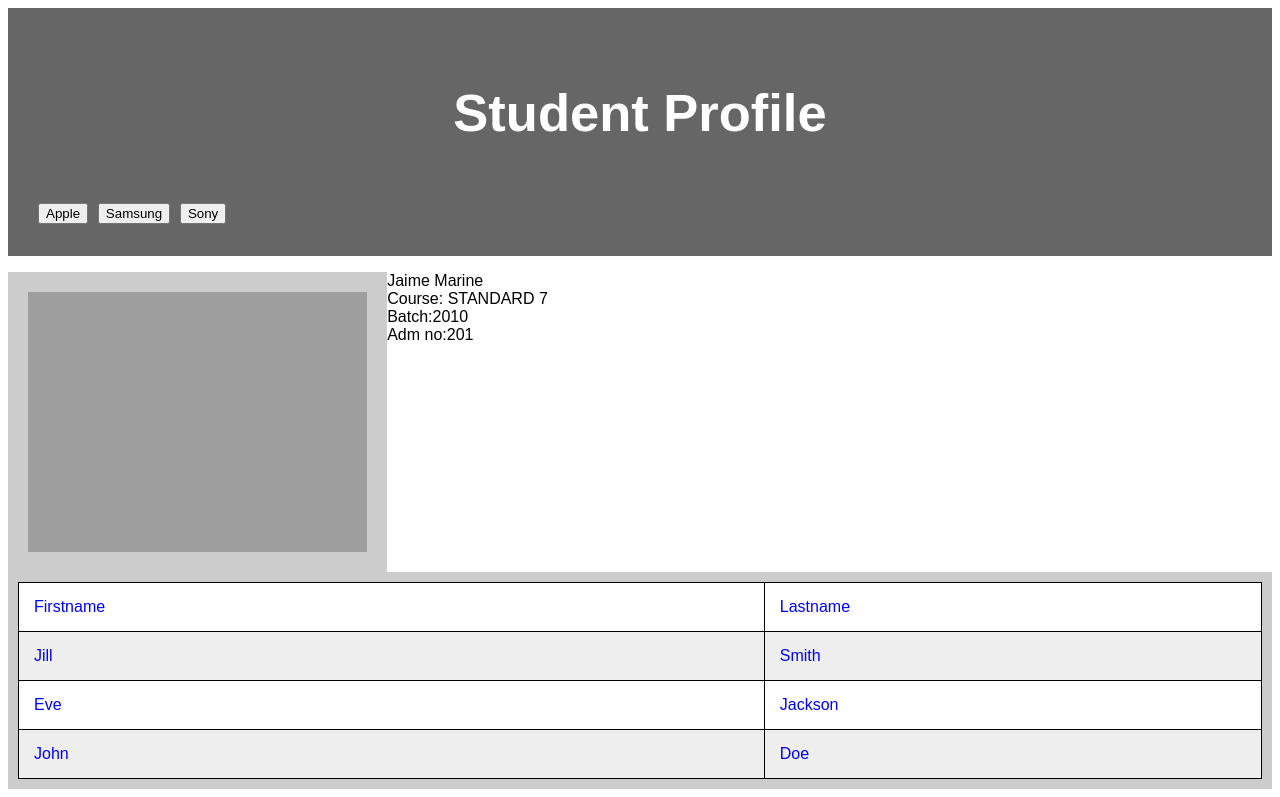
Repository: sandunigayanjali/Library_System
Page: http://localhost/library_management/studentProfile2.jsp
An editor plug-in stored every save of this project. The page is shown before and after the next save, followed by the edit.
The browser window is 1280 px wide. The pictures show the whole page.
Pictures or frames that could not be fetched are drawn as grey boxes. The page is served by Tomcat 9.

Above is the page before, as saved 2018-11-23 16:10:21.

### library management/WebContent/studentProfile2.jsp
<%@ page language="java" contentType="text/html; charset=ISO-8859-1"
    pageEncoding="ISO-8859-1"%>
<!DOCTYPE html PUBLIC "-//W3C//DTD HTML 4.01 Transitional//EN" "http://www.w3.org/TR/html4/loose.dtd">
<html>
<head>
 <meta charset="utf-8">
<meta name="viewport" content="width=device-width, initial-scale=1">
<title>Insert title here</title>

<style>
* {
    box-sizing: border-box;
}

body {
    font-family: Arial, Helvetica, sans-serif;
}

/* Style the header */
header {
    background-color: #666;
    padding: 30px;
    text-align: center;
    font-size: 35px;
    color: white;
}

/* Create two columns/boxes that floats next to each other */
aside{
    float: left;
    width: 30%;
    height: 300px; /* only for demonstration, should be removed */
    background: #ccc;
    padding: 20px;
}

/* Style the list inside the menu */
nav ul {
    list-style-type: none;
    padding: 0;
}

article {
    float: left;
    padding: 20px;
    width: 70%;
    background-color: #ccc;
    height: 300px; /* only for demonstration, should be removed */
}

/* Clear floats after the columns */
section:after {
    content: "";
    display: table;
    clear: both;
}

/* Style the footer */
footer {
    background-color: #ccc;
    padding: 10px;
    text-align: center;
    color: white;
}

/* Responsive layout - makes the two columns/boxes stack on top of each other instead of next to each other, on small screens */
/*@media (max-width: 600px) {
    nav, article {
        width: 100%;
        height: auto;
    }
}*/

table {
    width:100%;
}
table, th, td {
    border: 1px solid black;
    border-collapse: collapse;
    padding:3px;
}
th, td {
    padding: 15px;
    text-align: left;
}
table#t01 tr:nth-child(even) {
    background-color: #eee;

}
table#t01 tr:nth-child(odd) {
   background-color: #fff;

}
table{
border-spacing:3px;
}

</style>

</head>
<body>

<header>
  <h2>Student Profile</h2>

  <div class="container">
 <div class="btn-group" align="left">
 <align="left">   <button type="button" class="btn btn-primary" >Apple</button>
    <button type="button" class="btn btn-primary">Samsung</button>

    <button type="button" class="btn btn-primary dropdown-toggle" data-toggle="dropdown">
    Sony<span class="caret"></span></button>
  </align>
</header>





<section>
<aside>
<img src="F:\library mangement\man.jpg" alt="Smiley face" width="100%" height="100%" align="left"></div>

</aside>
  <nav>
    <ul>
      <li>Jaime Marine</li>
      <li>Course: STANDARD 7</li>
      <li>Batch:2010</li>
       <li>Adm no:201</li>
    </ul>
  </nav>


</section>
<center>
<footer>
<font color="blue" border-spacing:"3px">
 <table id="t01" >
  <tr>
    <td width=60%>Firstname</td>
    <td width=40%>Lastname</td>

  </tr>
  <tr>
    <td width=60%>Jill</td>
    <td width=40%>Smith</td>

  </tr>
  <tr>
    <td width=60%>Eve</td>
    <td width=40%>Jackson</td>

  </tr>
  <tr>
    <td width=60%>John</td>
    <td width=40%>Doe</td>

  </tr>
</table>
</font>
</footer></center>
</body>
</html>

After the next save:
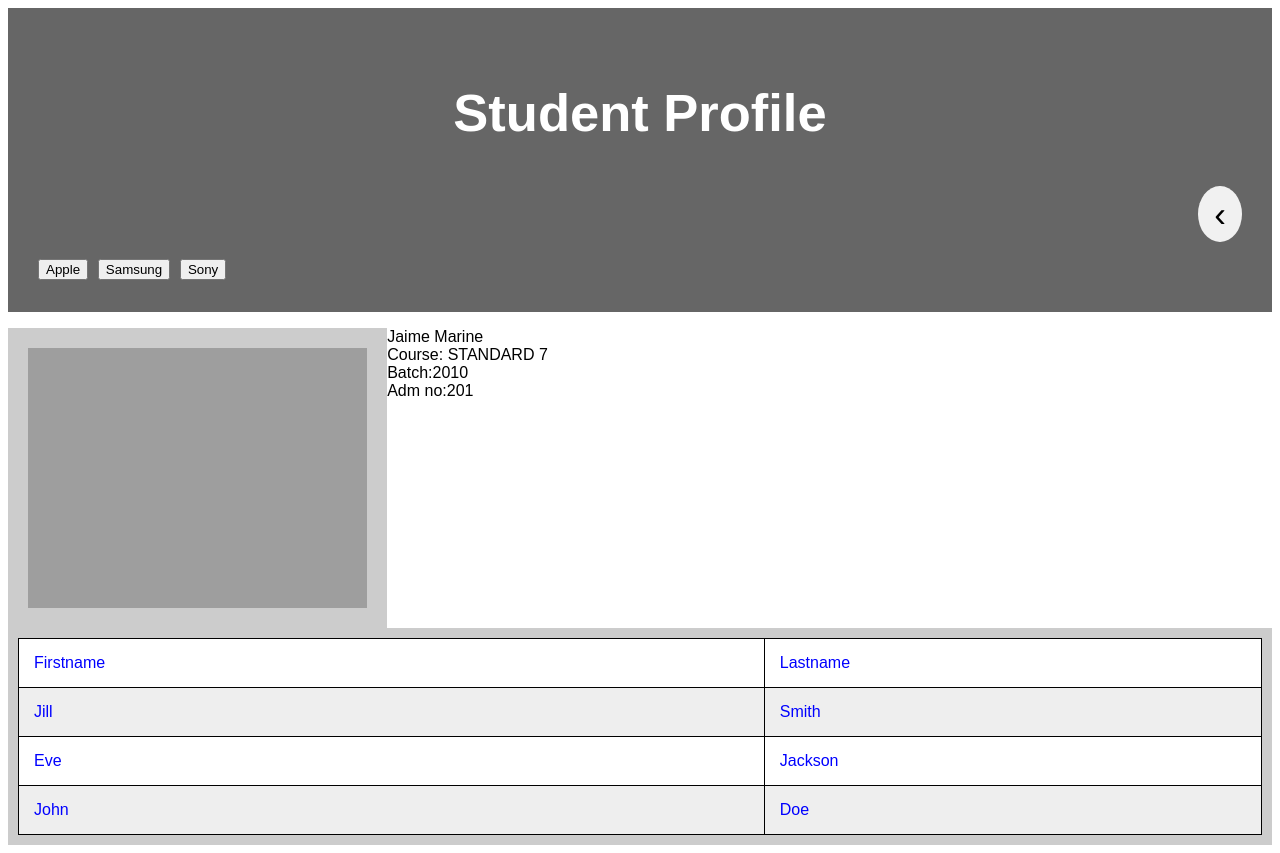
Saved 12 min 45 s later.
--- a/library management/WebContent/studentProfile2.jsp
+++ b/library management/WebContent/studentProfile2.jsp
@@ -95,6 +95,31 @@ table{
 border-spacing:3px;
 }
 
+a {
+    text-decoration: none;
+    display: inline-block;
+    padding: 8px 16px;
+}
+
+a:hover {
+    background-color: #ddd;
+    color: black;
+}
+
+.previous {
+    background-color: #f1f1f1;
+    color: black;
+}
+
+.next {
+    background-color: #4CAF50;
+    color: white;
+}
+
+.round {
+    border-radius: 50%;
+}
+
 </style>
 
 </head>
@@ -102,6 +127,12 @@ border-spacing:3px;
 
 <header>
   <h2>Student Profile</h2>
+
+  <div align="right">
+
+
+<a href="#" class="previous round">&#8249;</a>
+</div>
 
   <div class="container">
  <div class="btn-group" align="left">
